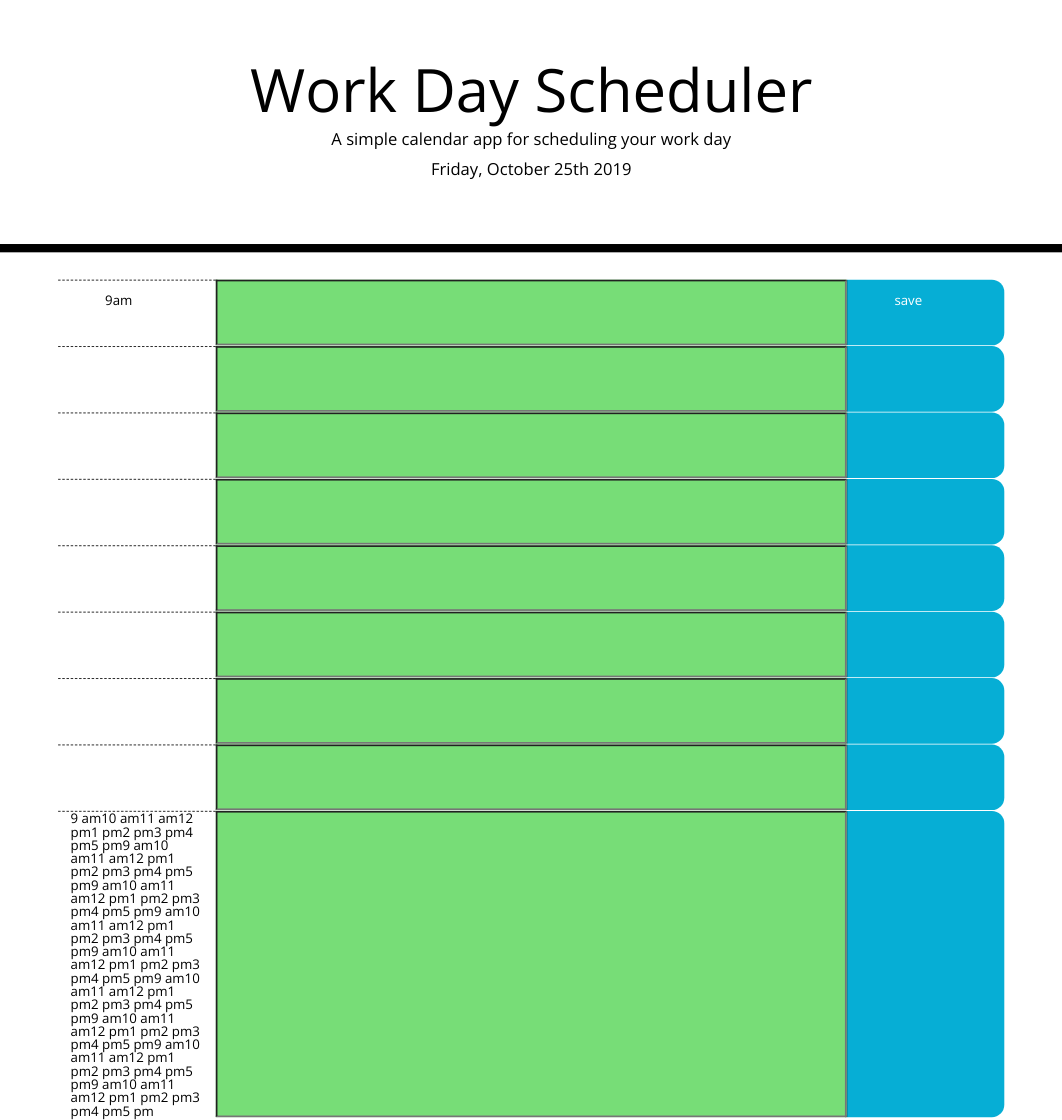
Repository: s88leigh/Day-Planner
Page: Develop/index.html
These files come from the project's save history. The page is drawn as it stood at one moment and after the next save; the edit follows.
The browser window is 1280 px wide. The pictures show the whole page, at 83% of full size.
Some web libraries are served in a nearby version.

Above is the page before, as saved 2019-10-25 21:01:11.
Console error: ReferenceError: textArea is not defined

### Develop/index.html
<!DOCTYPE html>
<html lang="en">
  <head>
    <meta charset="UTF-8" />
    <meta name="viewport" content="width=device-width, initial-scale=1.0" />
    <meta http-equiv="X-UA-Compatible" content="ie=edge" />
    <link
      rel="stylesheet"
      href="https://stackpath.bootstrapcdn.com/bootstrap/4.3.1/css/bootstrap.min.css"
    />
    <link
      rel="stylesheet"
      href="https://use.fontawesome.com/releases/v5.8.1/css/all.css"
      integrity="sha384-50oBUHEmvpQ+1lW4y57PTFmhCaXp0ML5d60M1M7uH2+nqUivzIebhndOJK28anvf"
      crossorigin="anonymous"
    />
    <link
      href="https://fonts.googleapis.com/css?family=Open+Sans&display=swap"
      rel="stylesheet"
    />
    <link rel="stylesheet" href="style.css" />
    <title>Work Day Scheduler</title>
  </head>

  <body>
    <script src="lib\moment\moment.min.js"></script>

    <header class="jumbotron">
      <h1 class="display-3">Work Day Scheduler</h1>
      <p class="lead">A simple calendar app for scheduling your work day</p>
      <p id="currentDay" class="lead">8:00</p>
    </header>
    <div class="container">
      <!-- Timeblocks go here -->

      <div class="row">
        <div class="col-2 hour">
          9am
        </div>
        <input class="col-8 future"></input>
        <div class="col-2 saveBtn">
          save
        </div>
        </div>
        </div>
        </div>
        </div>
      </div>
      </div>


    <script>
      const curDay = document.querySelector(".currentDay");

      function updateTime(){
        const now = moment();
        const date = now.format("dddd, MMMM Do YYYY");

        currentDay.textContent = date;
      }
      setInterval (updateTime , 1000)
      updateTime();


    </script>


    <script src="https://code.jquery.com/jquery-3.4.1.min.js"></script>
    <script src="https://cdnjs.cloudflare.com/ajax/libs/moment.js/2.24.0/moment.min.js"></script>
    <script src="script.js"></script>
    </body>
</html>

### Develop/style.css
body {
  font-family: 'Open Sans', sans-serif;
  font-size: 16px;
  line-height: 1;
}

textarea{
  background: transparent;
  border: none;
  resize: none;
  color: #000000;
  border-left: 1px solid black;
  padding: 10px;
}

.jumbotron {
  text-align: center;
  background-color: transparent;
  color: black;
  border-radius: 0;
  border-bottom: 10px solid black;
}

.description{
  white-space: pre-wrap;
}

.time-block{
  text-align: center;
  border-radius: 15px;
}

.row {
  white-space: pre-wrap;
  height: 80px;
  border-top: 1px solid white;;
}

.hour {
  background-color: #ffffff;
  color: #000000;
  border-top: 1px dashed #000000;
}

.past {
  background-color: #d3d3d3;
  color: white;
}

.present {
  background-color: #ff6961;
  color: white;
}

.future {
  background-color: #77dd77;
  color: white;
}

.saveBtn {
  border-left: 1px solid black;
  border-top-right-radius: 15px;
  border-bottom-right-radius: 15px;
  background-color: #06AED5;
  color: white;
}

.saveBtn i:hover {
  font-size: 20px;
  transition: all .3s ease-in-out;
}

### Develop/script.js
var startTime = 9;
var endTime = 17
timeSlots = $(".container");

for(i = startTime; i < endTime; i++) {
    newHour = $("<div>");
    newHour.addClass("row");

    hour = $("<div>");
    hour.addClass("col-2 hour");
    // hour.text[i];

    dailyTask = $("<input>");
    dailyTask.addClass("col-8");
    dailyTask.addClass("future");


    saveButton = $("<div>");
    saveButton.addClass("col-2 saveBtn");
    saveButton.addClass("saveBtn i:hover");



    newHour.append(hour, dailyTask, saveButton);
    timeSlots.append(newHour);
 }
 var hourArray = [
    "9 am",
    "10 am",
    "11 am",
    "12 pm",
    "1 pm",
    "2 pm",
    "3 pm",
    "4 pm",
    "5 pm"
 ]
 for (var i=0; i < hourArray.length; i++) {

hour.append(hourArray);
    //  console.log(hourArray)
 }

var submitButton = $(".saveBtn");

$(".saveBtn").on("click", function(){
  console.log("clicked save button");
    });

textArea.addEventlistener("keydown", function(event) {

})

    dailyTask.textContent="";
    // localStorage.setItem("dailyTask", dailyTaskInput);

    // var user=JSON.stringify(value);
    // localStorage.setItem("saveButton", userJSON);

Loaded but not shown: Develop/lib/moment/moment.min.js (library)

After the next save:
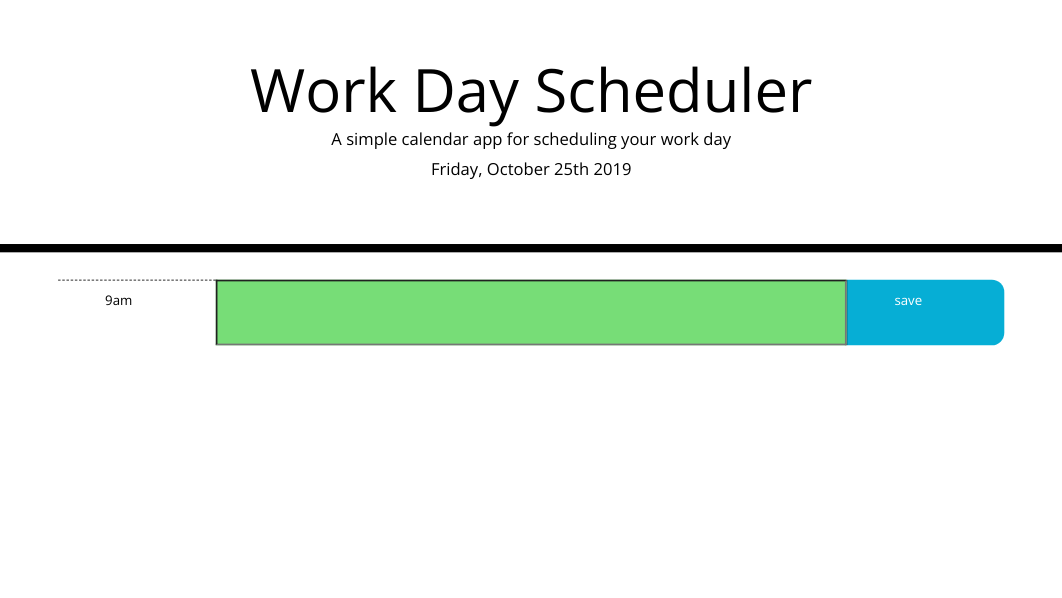
Console error: ReferenceError: saveButton is not defined
Saved 9 s later.
--- a/Develop/script.js
+++ b/Develop/script.js
@@ -15,7 +15,7 @@ for(i = startTime; i < endTime; i++) {
     dailyTask.addClass("future");
 
 
-    saveButton = $("<div>");
+    submitButton = $("<div>");
     saveButton.addClass("col-2 saveBtn");
     saveButton.addClass("saveBtn i:hover");
 
